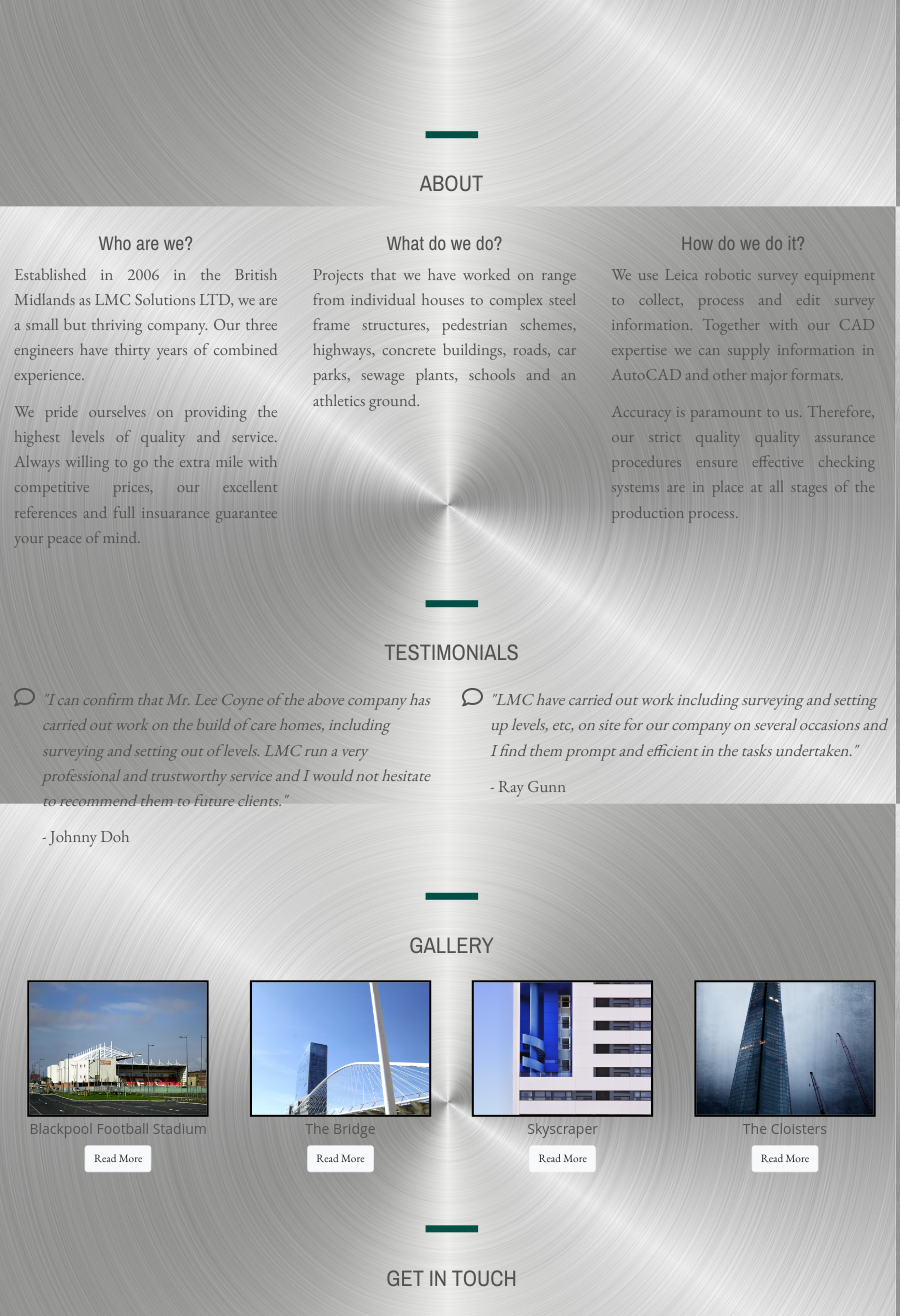
Repository: Leo-Cullen/first-milestone-project
Page: index.html
The author's editor kept a record of every edit. The page is drawn from the files as they stood at one moment, then again after the next edit.
The browser window is 1280 px wide. The page is 1285 px wide, so the pictures cover 1285 px, including what lies to the right of the window. The pictures show the part of the page from y = 559 to 2439 px (the page is 2665 px tall), at 70% of full size.
Backgrounds fixed to the window are drawn as part of the page. Some web libraries are served in a nearby version.

Above is the page before.

After the next edit:
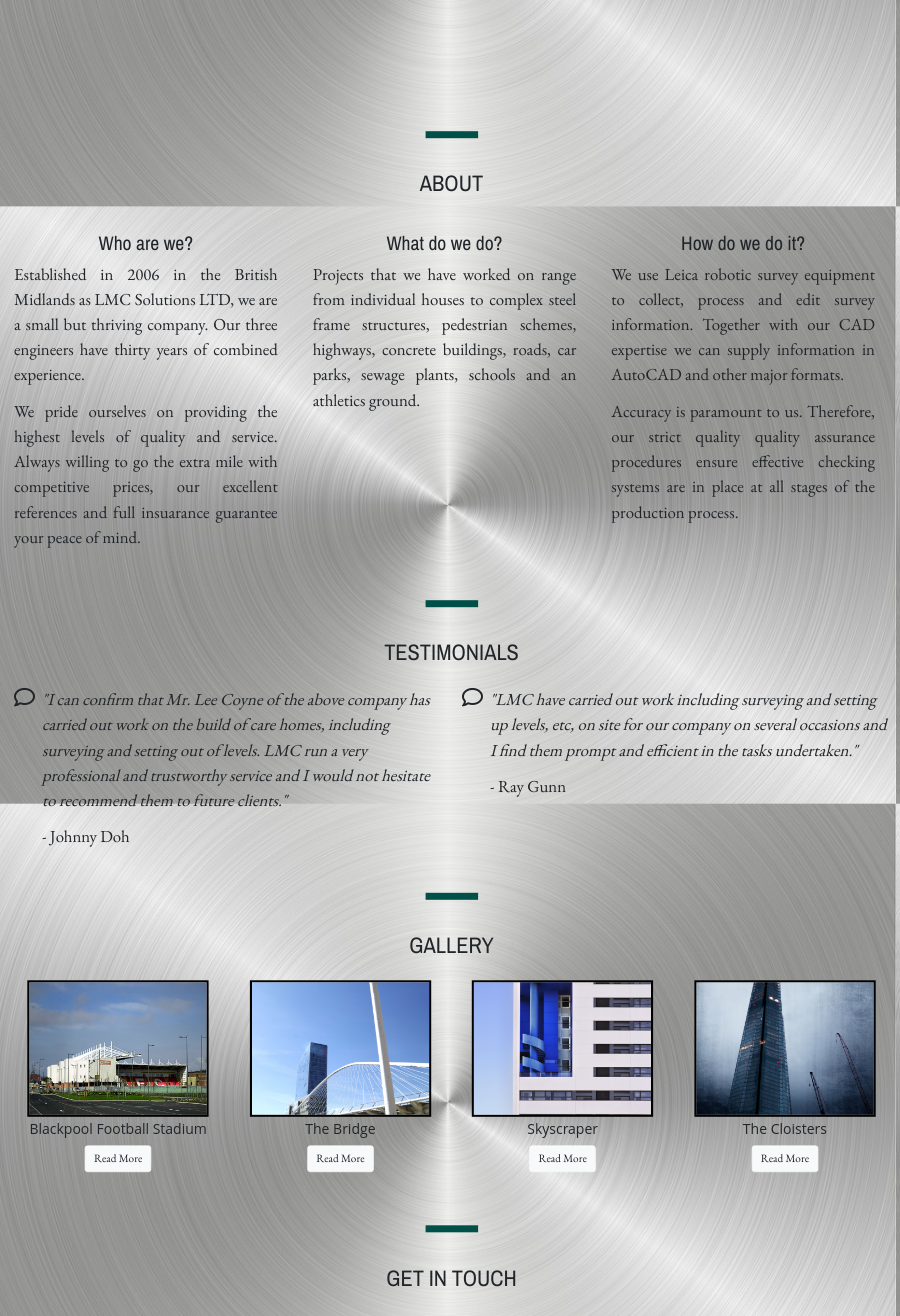
The edit:
--- a/assets/css/style.css
+++ b/assets/css/style.css
@@ -1,6 +1,4 @@
 body {
-    color: #525252;
-    /* background-color: #E3E0DF;   light gray */
     font-family: "Open Sans", sans-serif;
     background: url(../images/circular-metal-960x720.jpg) no-repeat center center fixed;
     -webkit-background-size: cover;
